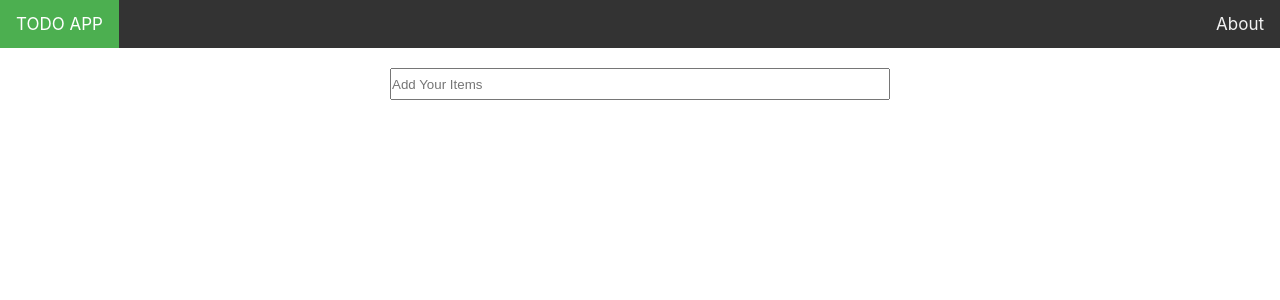
Repository: hoangphuong965/myTodoList
Page: /
An editor plug-in stored every save of this project. The page is shown before and after a run of saves, followed by the edit.
The browser window is 1280 px wide. The pictures show the whole page.
The project was rebuilt for these pictures with package versions that can differ from the ones it lists, and the page was loaded fresh each time. Also part of the build but not shown: src/components/TodoItems.js.

Above is the page before, as saved 2020-06-01 11:12:28.

### public/index.html
<!DOCTYPE html>
<html lang="en">
  <head>
    <meta charset="utf-8" />
    <link rel="icon" href="%PUBLIC_URL%/favicon.ico" />
    <meta name="viewport" content="width=device-width, initial-scale=1" />
    <meta name="theme-color" content="#000000" />
    <meta
      name="description"
      content="Web site created using create-react-app"
    />
    <link rel="apple-touch-icon" href="%PUBLIC_URL%/logo192.png" />
    <!--
      manifest.json provides metadata used when your web app is installed on a
      user's mobile device or desktop. See https://developers.google.com/web/fundamentals/web-app-manifest/
    -->
    <link rel="manifest" href="%PUBLIC_URL%/manifest.json" />
    <!--
      Notice the use of %PUBLIC_URL% in the tags above.
      It will be replaced with the URL of the `public` folder during the build.
      Only files inside the `public` folder can be referenced from the HTML.

      Unlike "/favicon.ico" or "favicon.ico", "%PUBLIC_URL%/favicon.ico" will
      work correctly both with client-side routing and a non-root public URL.
      Learn how to configure a non-root public URL by running `npm run build`.
    -->
    <title>React App</title>
    <link rel="stylesheet" href="https://maxcdn.bootstrapcdn.com/font-awesome/4.7.0/css/font-awesome.min.css">
  </head>
  <body>
    <noscript>You need to enable JavaScript to run this app.</noscript>
    <div id="root"></div>
    <!--
      This HTML file is a template.
      If you open it directly in the browser, you will see an empty page.

      You can add webfonts, meta tags, or analytics to this file.
      The build step will place the bundled scripts into the <body> tag.

      To begin the development, run `npm start` or `yarn start`.
      To create a production bundle, use `npm run build` or `yarn build`.
    -->
  </body>
</html>

### src/App.js
import React, { Component } from "react";
import Navbar from "./components/Navbar/Navbar";
import TodoInput from "./components/TodoInput";
import TodoList from "./components/TodoList";
import { v4 as uuidv4 } from "uuid";

import "./components/todo.css";

export default class App extends Component {
  state = {
    items: [],
    id: uuidv4(),
    item: "",
    editItem: false,
  };
  handleChange = (e) => {
    this.setState({
      item: e.target.value,
    });
  };
  handleSubmit = (e) => {
    e.preventDefault();
    const newItem = {
      id: this.state.id,
      title: this.state.item
    }
    const updateItem = [...this.state.items, newItem];
    this.setState({
      items: updateItem,
      id: uuidv4(),
      item: "",
      editItem: false
    })


  };
  editItem = (id) => {};
  render() {
    return (
      <div>
        <Navbar />
        <div className="container">
          <TodoInput
            item={this.state.item}
            id={this.state.id}
            handleChange={this.handleChange}
            handleSubmit={this.handleSubmit}
            editItem={this.editItem}
          />
          <TodoList
            items={this.state.items}
            handleEdit={this.handleEdit}
            handleDelete={this.handleDelete}
          />
        </div>
      </div>
    );
  }
}

### src/components/Navbar/Navbar.js
import React, { Component } from "react";
import "./navbar.css";

export default class Navbar extends Component {
  render() {
    return (
      <div className="topnav">
        <a className="active" href="#home">
          TODO APP
        </a>
        <a href="#about">About</a>
      </div>
    );
  }
}

### src/components/TodoInput.js
import React, { Component } from "react";

export default class TodoInput extends Component {
  render() {
    const { item, handleChange, handleSubmit, editItem } = this.props;
    return (
      <div className="input">
        <form className="form" onSubmit={handleSubmit}>
          <span>
            <input
              type="text"
              className="input"
              placeholder="Add Your Items"
              value={item}
              onChange={handleChange}
            />
          </span>
        </form>
      </div>
    );
  }
}

### src/components/TodoList.js
import React, { Component } from "react";
import TodoItems from "./TodoItems";

export default class TodoList extends Component {
  render() {
    const { items, handleEdit, handleDelete } = this.props;
    return (
      <div>
        <ul className="list">
          {items.map((item) => {
            return (
              <TodoItems
                key={item.id}
                title={item.title}
                handleEdit={() => handleEdit(item.id)}
                handleDelete={() => handleDelete(item.id)}
              />
            );
          })}
        </ul>
      </div>
    );
  }
}

### src/components/todo.css
*{
    margin: 0;
    padding: 0;
    box-sizing: border-box;
}

.container{
    margin: 0 auto;
    width: 500px;
}

.input{
    width: 500px;
    height: 2rem;
    margin: 10px 0px 0px 0px;

}

.list{
    margin: 2.5rem 0 0 0;
}

.item{
    margin: 10px 0 0 0;
    border: 1px solid black;
    padding: 5px;
}

li{
    list-style: none;

}

### src/components/Navbar/navbar.css
/* Add a black background color to the top navigation */
.topnav {
    background-color: #333;
    overflow: hidden;
    display: flex;
    justify-content: space-between;
  }

  /* Style the links inside the navigation bar */
  .topnav a {
    color: #f2f2f2;
    text-align: center;
    padding: 14px 16px;
    text-decoration: none;
    font-size: 17px;
    transition: all 0.3s linear;
  }

  /* Change the color of links on hover */
  .topnav a:hover {
    background-color: #ddd;
    color: black;
  }

  /* Add a color to the active/current link */
  .topnav a.active {
    background-color: #4CAF50;
    color: white;
  }

Loaded but not shown: src/index.js (common file); src/index.css (common file); src/serviceWorker.js (common file)

After the next 2 saves:
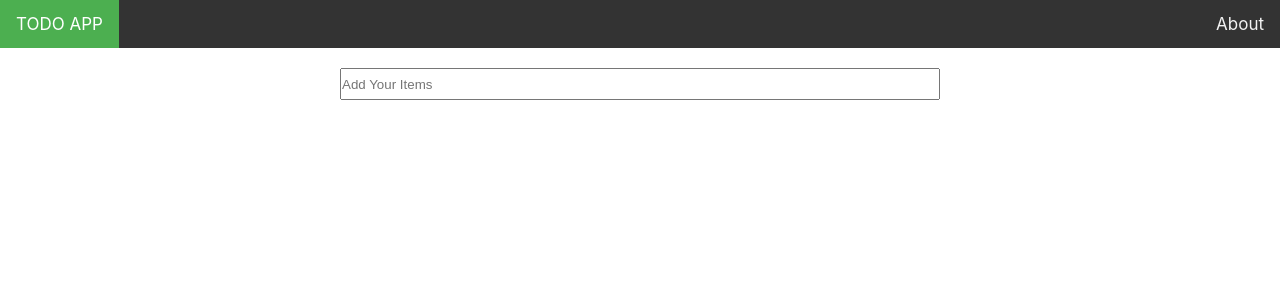
The 2 saves are shown as one change because they came seconds apart.
The last was saved 16 s later.
--- a/src/components/todo.css
+++ b/src/components/todo.css
@@ -6,11 +6,11 @@
 
 .container{
     margin: 0 auto;
-    width: 500px;
+    width: 600px;
 }
 
 .input{
-    width: 500px;
+    width: 600px;
     height: 2rem;
     margin: 10px 0px 0px 0px;
 
